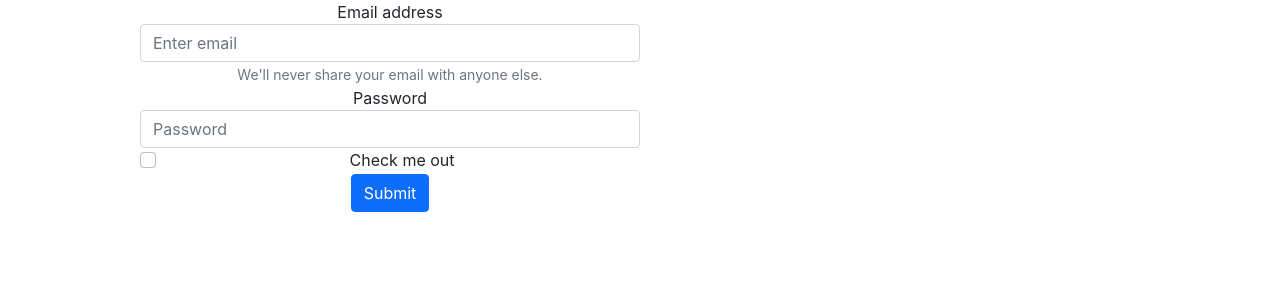
Repository: Osomhe1/bitmama2
Page: /
An editor plug-in stored every save of this project. The page is shown before and after a run of saves, followed by the edit.
The browser window is 1280 px wide. The pictures show the whole page.
The project was rebuilt for these pictures with package versions that can differ from the ones it lists, and the page was loaded fresh each time.

Above is the page before, as saved 2022-05-08 19:49:40.

After the next 3 saves:
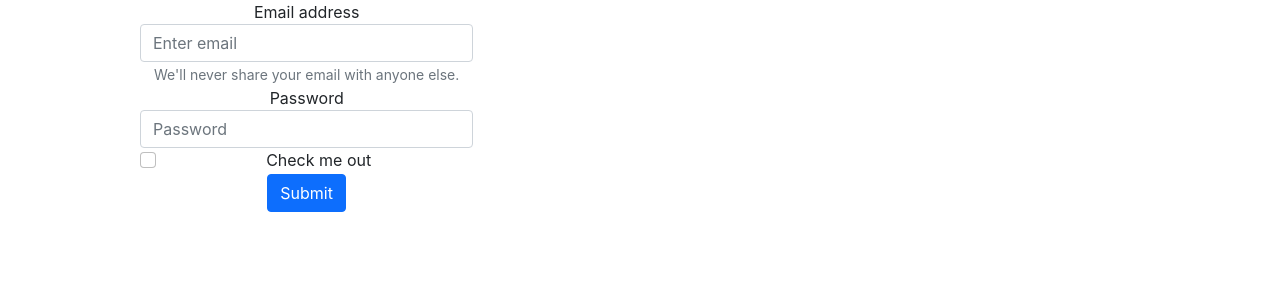
The 3 saves are shown as one change because they came seconds apart.
The last was saved 9 s later.
--- a/src/component/Login.js
+++ b/src/component/Login.js
@@ -2,7 +2,7 @@ import React from 'react'
 
 export default function Login() {
   return (
-    <div className='col-sm-12 col-md-6 col-' >
+    <div className='col-sm-12 col-md-6 col-lg-4' >
         <form>
   <div className="form-group">
     <label for="exampleInputEmail1">Email address</label>
